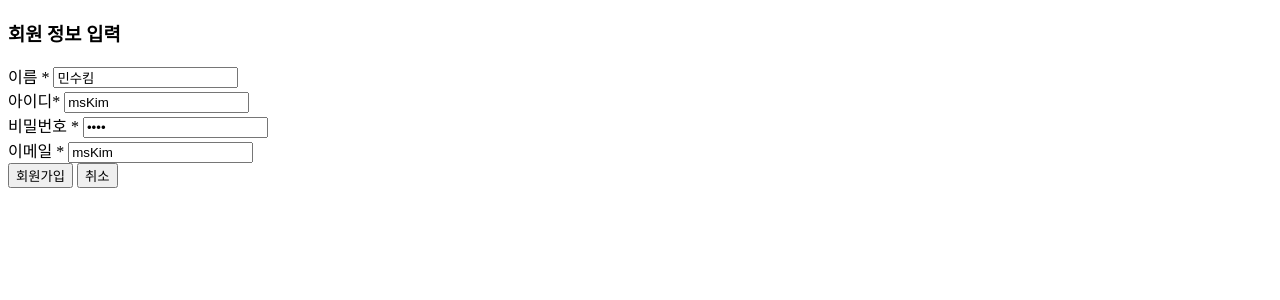
Repository: angwanghyeon/eclipse
Page: http://localhost/sec07/01_addMemberForm.jsp
An editor plug-in stored every save of this project. The page is shown before and after the next save, followed by the edit.
The browser window is 1280 px wide. The pictures show the whole page.
The page is served by Tomcat 9.

Above is the page before, as saved 2023-09-01 07:23:27.

After the next save:
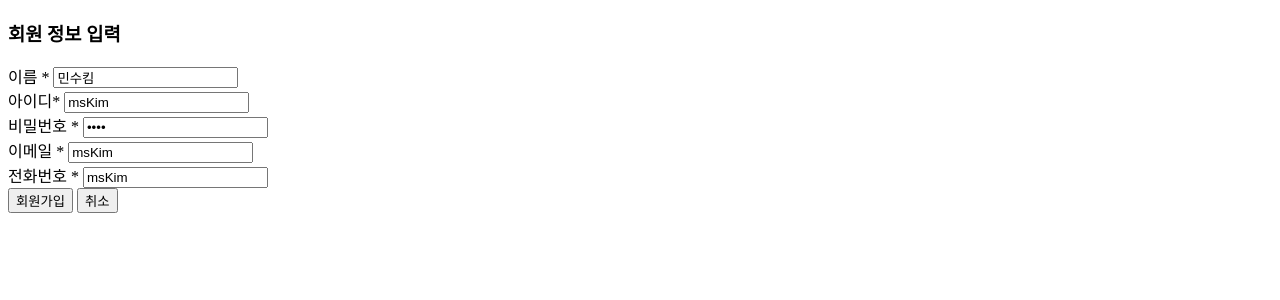
Saved 20 s later.
--- a/sec07/src/main/webapp/01_addMemberForm.jsp
+++ b/sec07/src/main/webapp/01_addMemberForm.jsp
@@ -25,6 +25,9 @@
 		<input type="email"
 			id="email" name="email" value="msKim"><br>
 
+		<label for="email">전화번호</label><span> * </span>
+		<input type="email"
+			id="email" name="email" value="msKim"><br>
 
 		<input type="submit" value="회원가입">
 		<input type="reset" value="취소">
